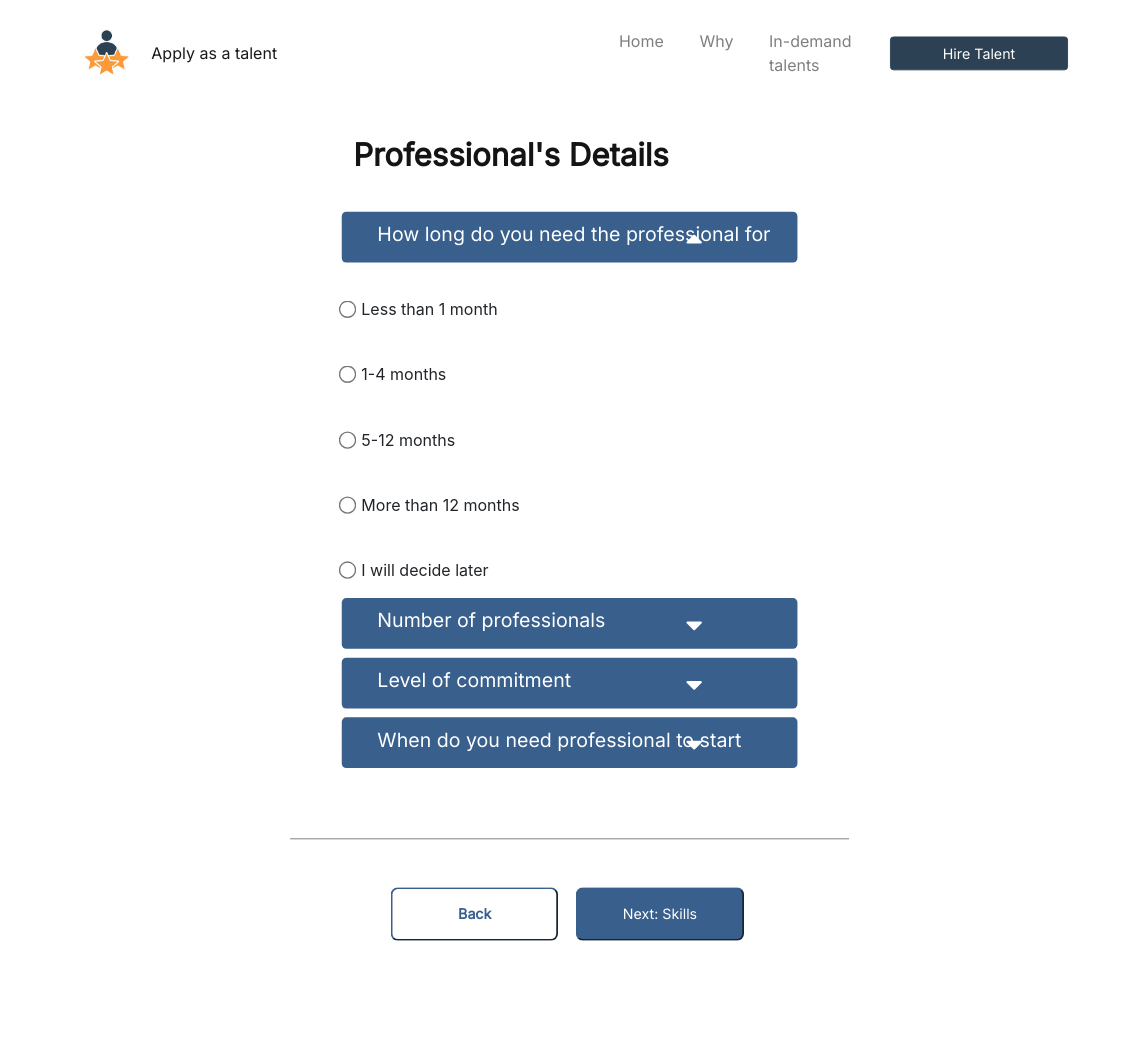
Repository: Ashwe9/talent-hire-reactJs
Page: /professionaldetails, after clicking the first element matching `div.dropdowns-box`
These files come from the project's save history. The page is drawn as it stood at one moment and after the next save; the edit follows.
The browser window is 1280 px wide. The pictures show the whole page, at 89% of full size.
The project was rebuilt for these pictures with package versions that can differ from the ones it lists, and the page was loaded fresh each time. Also part of the build but not shown: src/homePage/components/TrustedBy/TrustedBy.css, src/homePage/components/TrustedBy/TrustedBy.js, src/homePage/components/Roles/Roles.css, src/homePage/components/Roles/Roles.js, src/homePage/components/homePageFooter/HomePageFooter.css, src/homePage/components/homePageFooter/HomePageFooter.js, src/homePage/HomePage.js, src/kpisPage/Header.css and 9 more.

Above is the page before, as saved 2022-08-22 00:02:58.

After the next save:
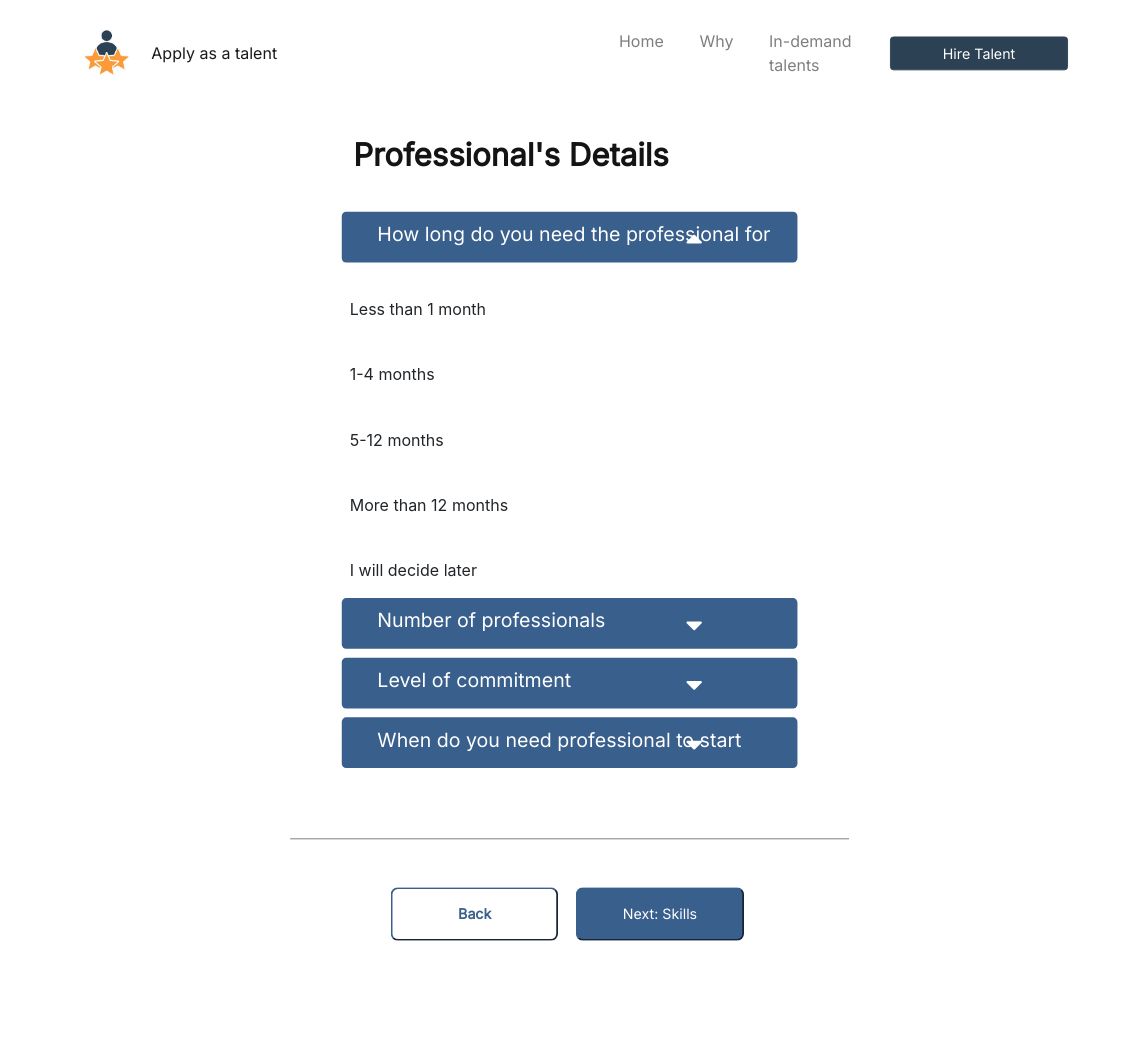
Saved 28 s later.
--- a/src/professionalDetails/Details.css
+++ b/src/professionalDetails/Details.css
@@ -16,7 +16,9 @@
     -webkit-transform: scale(1.5); /* Chrome, Safari, Opera */
     transform: scale(1.5);
     margin-right: 1%;
-
+    -webkit-appearance: none;
+    -moz-appearance: none;
+    appearance:none;
 }
 
 input[type="radio"]:checked{

After the save that followed:
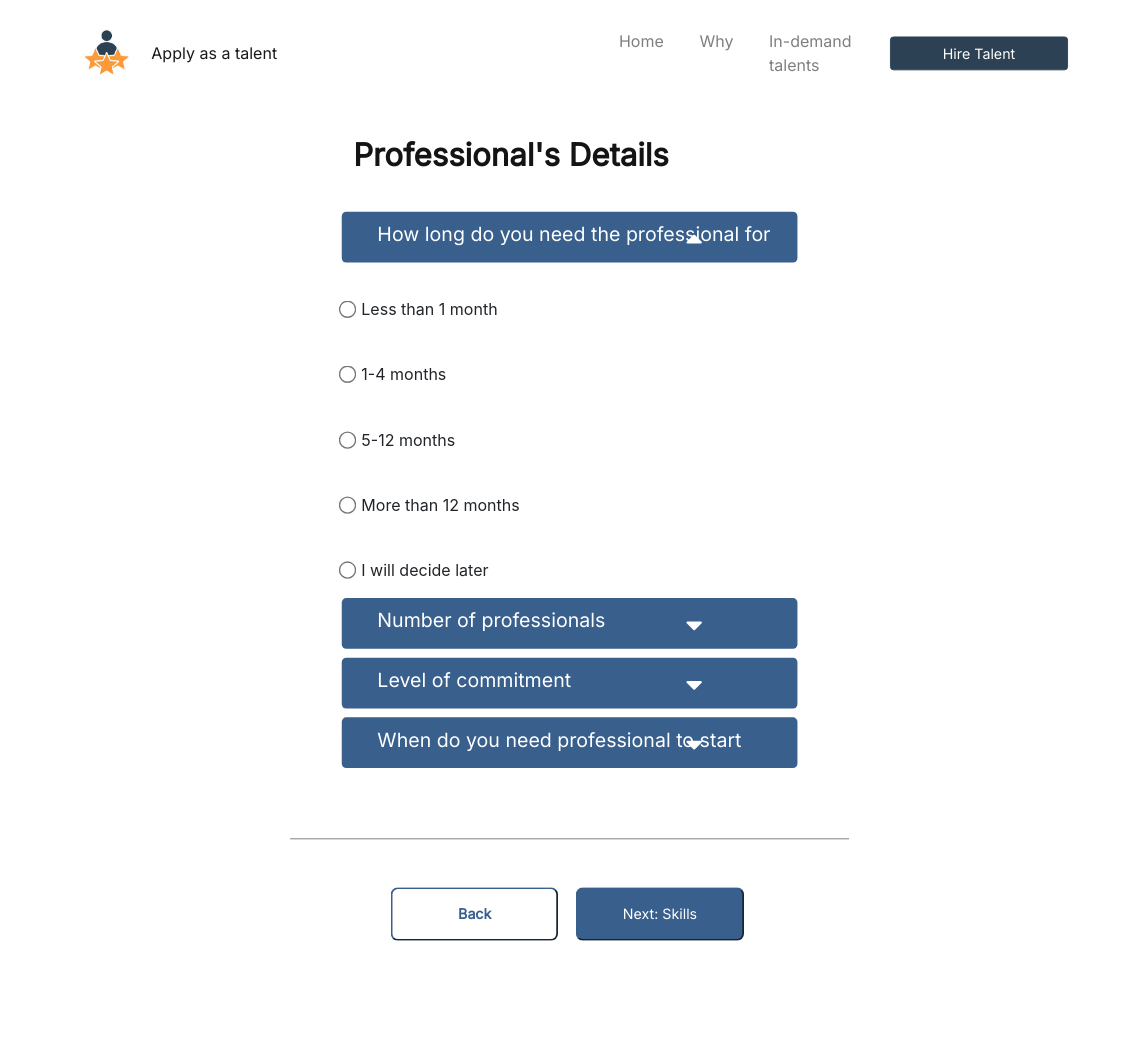
Saved 6 s later.
--- a/src/professionalDetails/Details.css
+++ b/src/professionalDetails/Details.css
@@ -16,9 +16,7 @@
     -webkit-transform: scale(1.5); /* Chrome, Safari, Opera */
     transform: scale(1.5);
     margin-right: 1%;
-    -webkit-appearance: none;
-    -moz-appearance: none;
-    appearance:none;
+
 }
 
 input[type="radio"]:checked{
